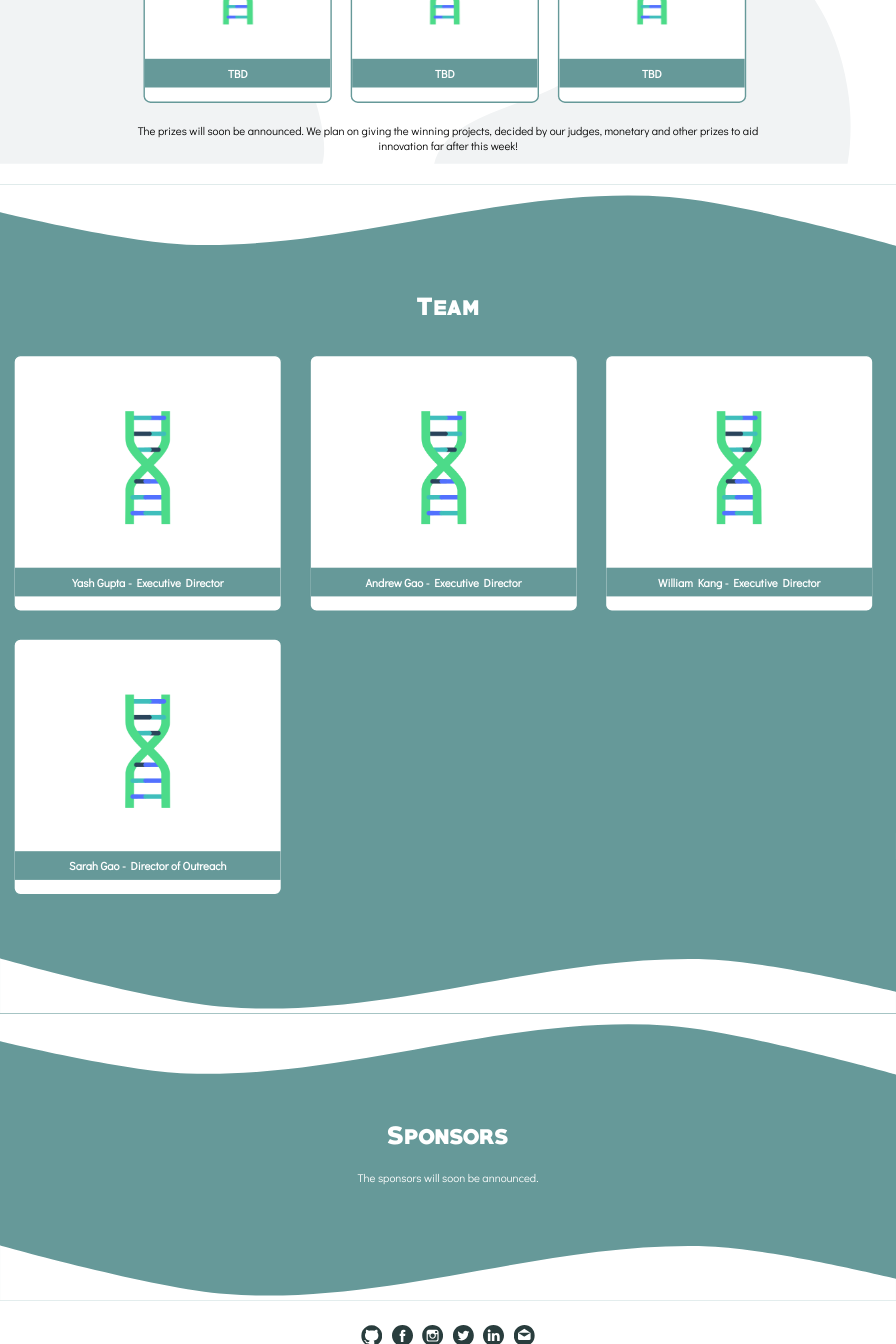
Repository: yashg4509/helyxhacksIII
Page: index.html
These files come from the project's save history. The page is drawn as it stood at one moment and after the next save; the edit follows.
The browser window is 1280 px wide. The pictures show the part of the page from y = 4580 to 6500 px (the page is 6625 px tall before and 6671 px after), at 70% of full size.

Above is the page before, as saved 2021-02-17 23:33:38.

After the next save:
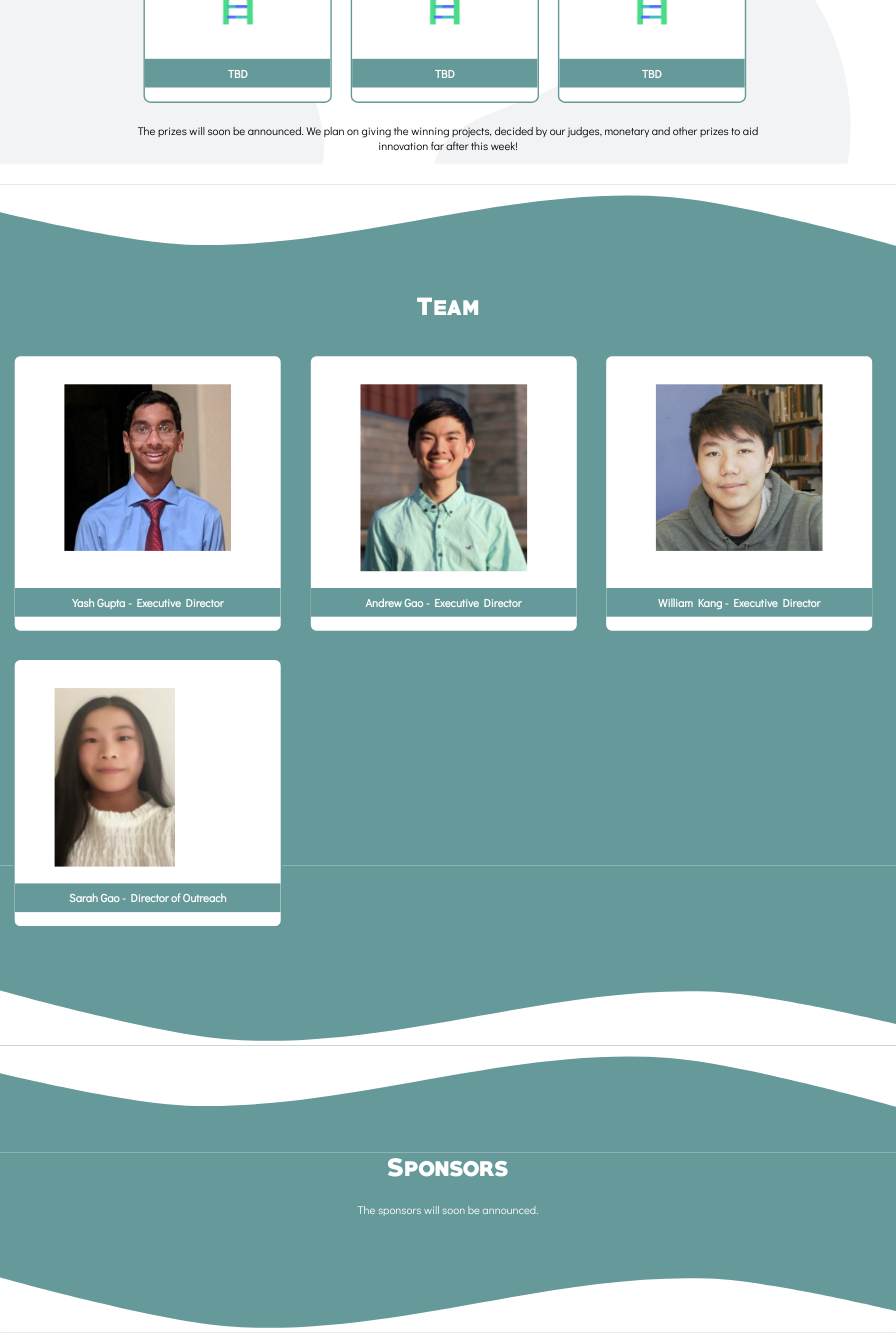
Saved 2 min 20 s later.
--- a/index.html
+++ b/index.html
@@ -459,28 +459,28 @@
 				<div class="prizes-cont">
 					<div class="prize">
 						<div class="prize-img">
-							<img src="./images/new_logo.png">
+							<img src="images\team\Yash.jpg">
 						</div>
 						<div class="prize-text">
 							Yash Gupta - Executive Director </div>
 					</div>
 					<div class="prize">
 						<div class="prize-img">
-							<img src="./images/new_logo.png">
+							<img src="images\team\Andrew.jpg">
 						</div>
 						<div class="prize-text">
 							Andrew Gao - Executive Director </div>
 					</div>
 					<div class="prize">
 						<div class="prize-img">
-							<img src="./images/new_logo.png">
+							<img src="images\team\Will.png">
 						</div>
 						<div class="prize-text">
 							William Kang - Executive Director </div>
 					</div>
 					<div class="prize">
 						<div class="prize-img">
-							<img src="./images/new_logo.png">
+							<img src="images\team\Sarah.jpg">
 						</div>
 						<div class="prize-text">
 							Sarah Gao - Director of Outreach </div>
